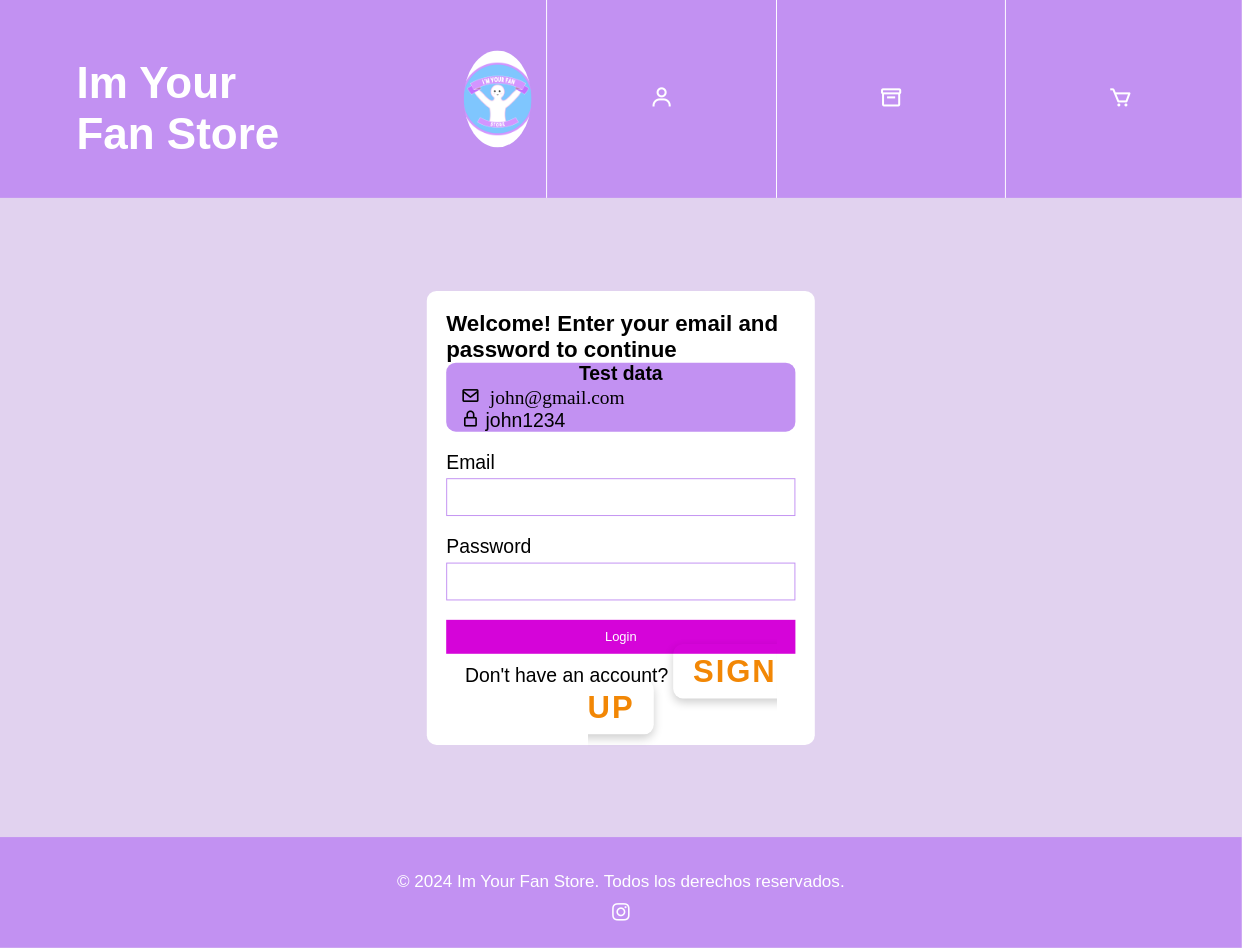
Repository: imyourfan-store/e-commerce
Page: /#/login
These files come from the project's save history. The page is drawn as it stood at one moment and after the next save; the edit follows.
The browser window is 1280 px wide. The pictures show the whole page, at 97% of full size.
The project was rebuilt for these pictures with package versions that can differ from the ones it lists, and the page was loaded fresh each time. Also part of the build but not shown: vite.config.js, src/components/home/styles/ProductCard.css, src/components/home/ProductCard.jsx, src/components/home/Categories.jsx, src/pages/Home.jsx, src/components/productId/styles/ProductInfo.css, src/components/productId/ProductInfo.jsx, src/components/productId/SimilarProducts.jsx and 15 more.

Above is the page before, as saved 2025-02-16 23:02:49.

After the next save:
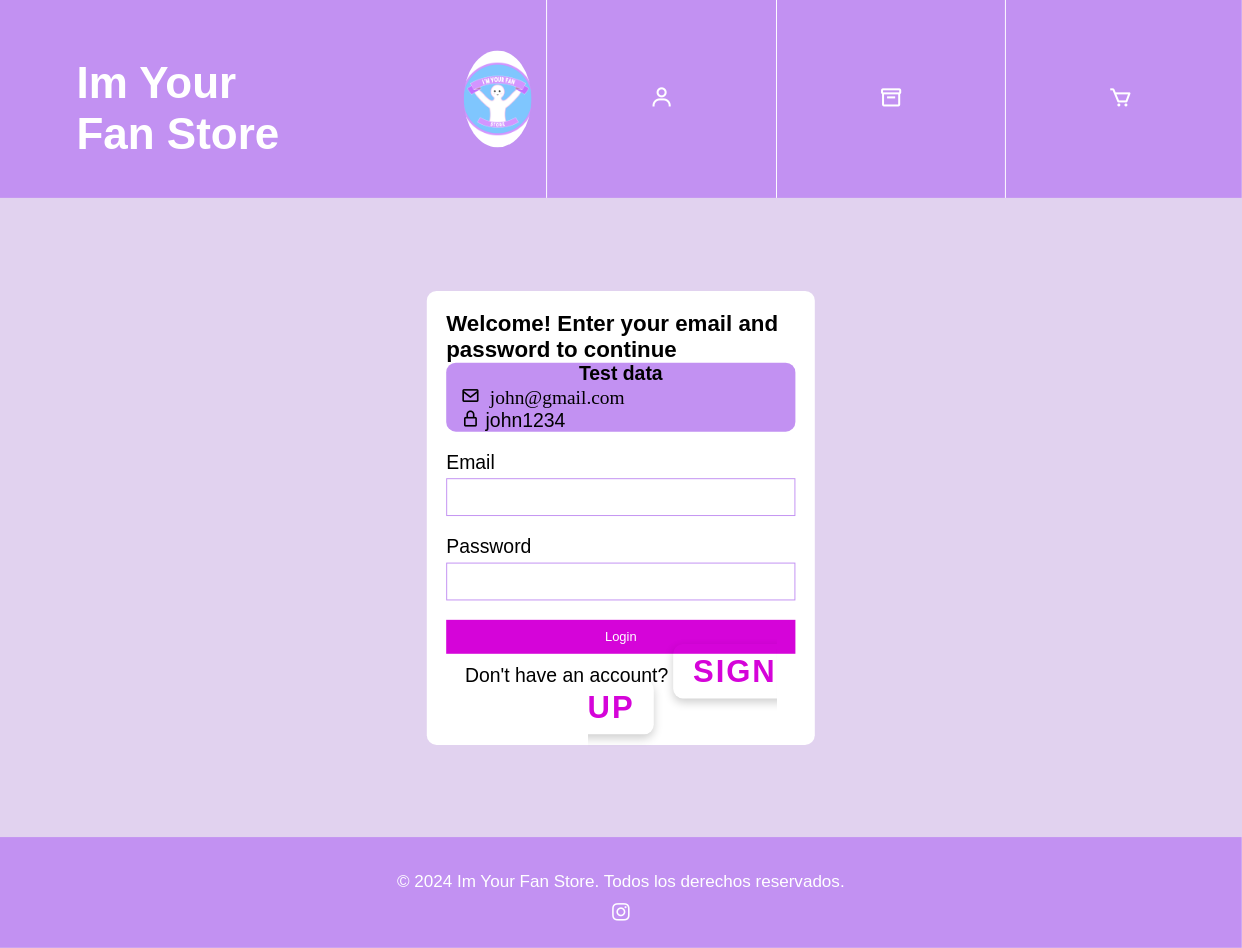
Saved 25 s later.
--- a/src/pages/styles/Login.css
+++ b/src/pages/styles/Login.css
@@ -97,7 +97,7 @@
 }
 
 .login__text-footer span {
-  color: var(--color-naranja) ;
+  color: var(--color-fussia) ;
   cursor: pointer;
   font-weight: bold;
 }
